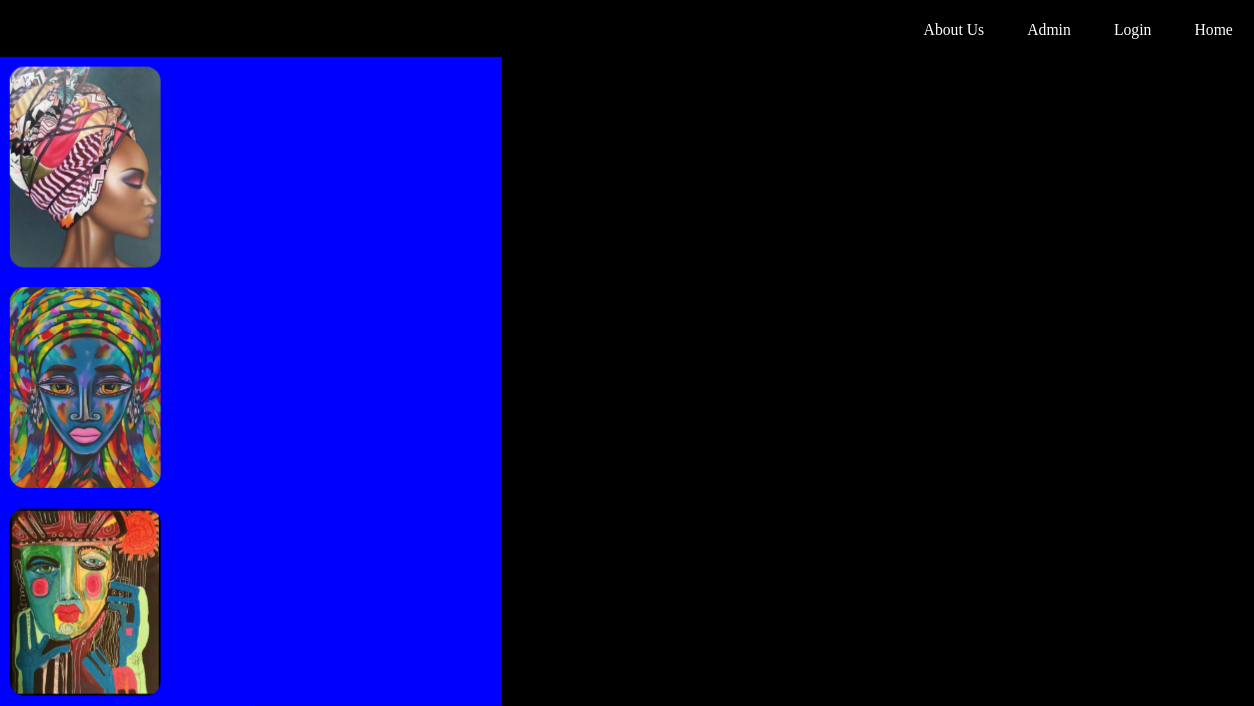
Repository: prathyushaa5/artgallery
Page: index.html
These files come from the project's save history. The page is drawn as it stood at one moment and after the next save; the edit follows.
The browser window is 1280 px wide. The pictures show the whole page, at 98% of full size.

Above is the page before, as saved 2023-11-10 09:25:45.

### index.html
<!DOCTYPE html>
<html lang="en">
<head>
    <meta charset="UTF-8">
    <meta name="viewport" content="width=device-width, initial-scale=1.0">
    <title>Document</title>
    <link rel="stylesheet" href="style1.css">
</head>
<body>
    <div class="navbar">
    <a class="home" href="../PProject/index.html">Home</a>
    <a class="login" href="../PProject/login.html" target="_self">Login</a>
    <a class="admin">Admin</a>
    <a class="aboutUs">About Us</a>

    </div>
    <div class="body">
    <section class="sidebar">
    <img src="../PProject/img1.jpg" alt="art"  class="img">
    <img src="../PProject/img2.jpg" alt="art"  class="img">
    <img src="../PProject/img3.jpg" alt="art"  class="img">

    </section>

</div>

<script>

</script>
</body>
</html>

### style1.css
body{
    margin:0px;
    padding:0px;
    background-color:#000000;
}
.navbar{
    width:100%;
    height:8vh;
    background-color:#000000;
    display:flex;
    flex-direction:row-reverse;
    color:white;


}
a{
    text-decoration:none;
    color:white;
}
.home,.login,.admin,.aboutUs{
  padding:22px;
}
.home:hover,.login:hover,.admin:hover,.aboutUs:hover{
    color:grey;
  }
  .body{
    display:flex;

  }
.sidebar{
    height:92vh;
    width:40%;
    background-color:blue;
    display:flex;
    flex-direction:column;
    justify-content:space-around;


}
img.img{

    animation:anim 5s ease-in;
    animation-iteration-count:infinite;
    margin:2px 10px;
    width:30%;
    border-radius:15px;
}


@keyframes anim{
    0%{
        opacity:1;
    }
    50%{
        opacity:0.5;
    }
    100%{
        opacity:1;
    }

}

After the next save:
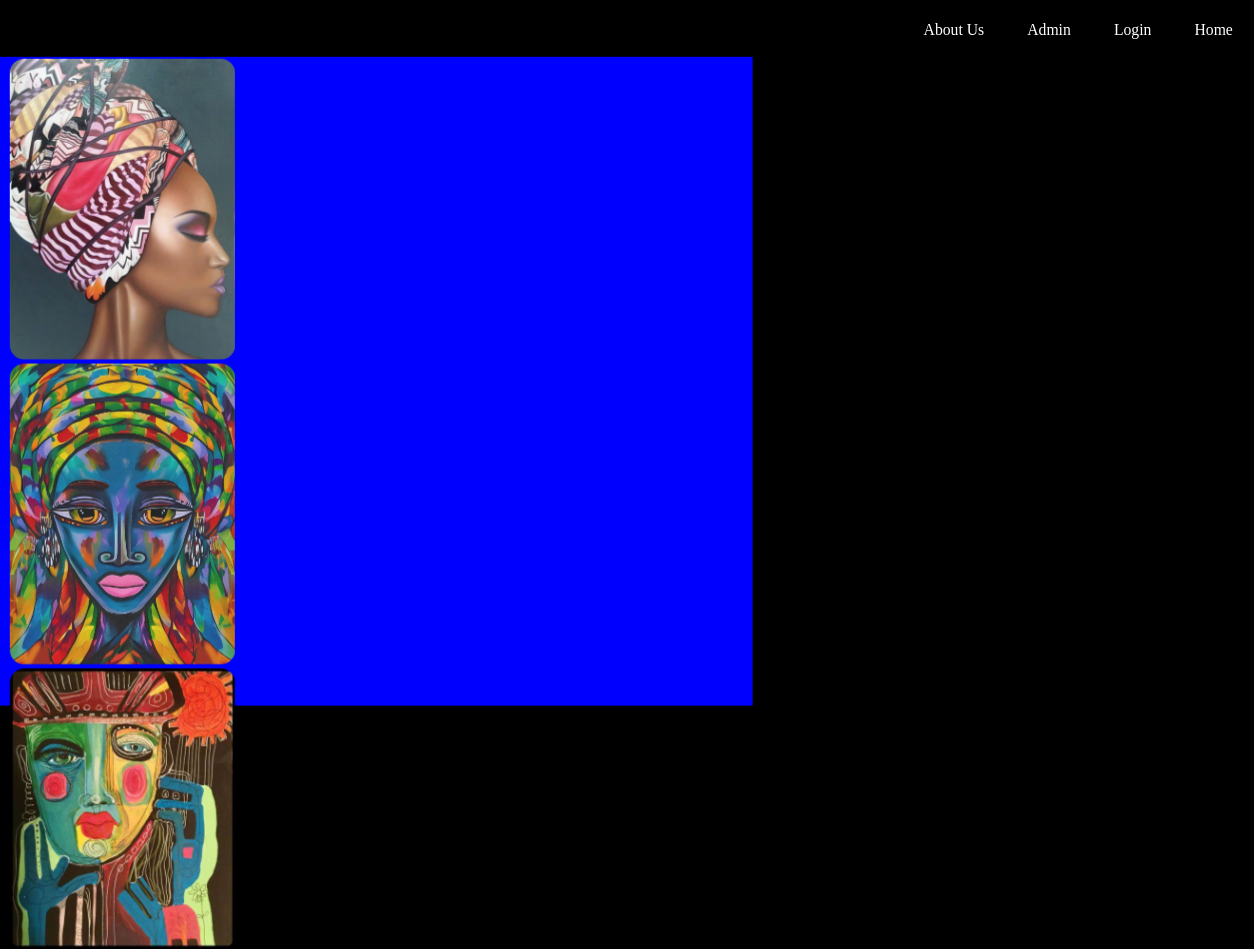
Saved 3 min 50 s later.
--- a/style1.css
+++ b/style1.css
@@ -29,7 +29,7 @@ a{
   }
 .sidebar{
     height:92vh;
-    width:40%;
+    width:60%;
     background-color:blue;
     display:flex;
     flex-direction:column;
